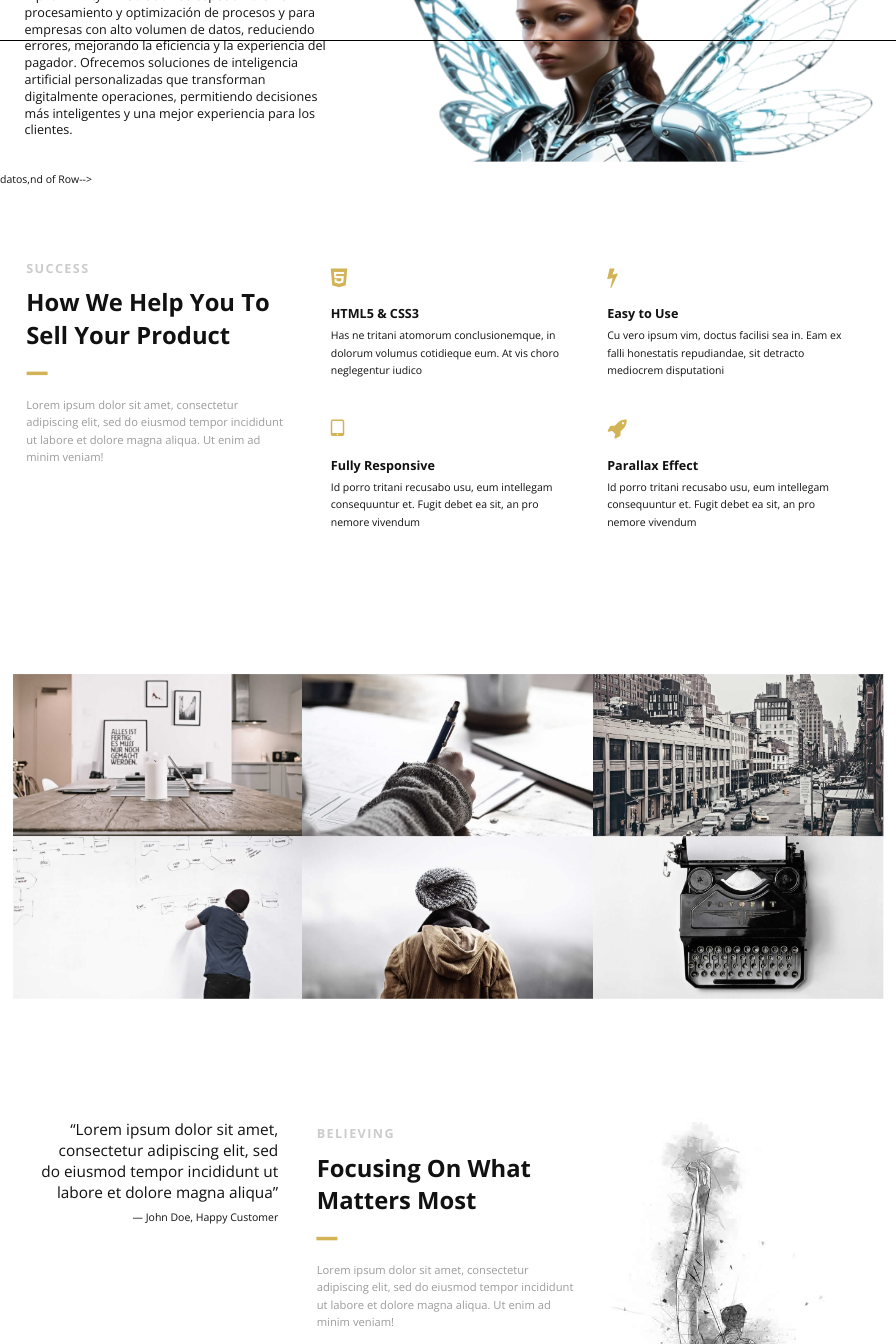
Repository: LukasMoyano/AlphaInfinityPresentationWepPage0.0.1a
Page: index.html
An editor plug-in stored every save of this project. The page is shown before and after the next save, followed by the edit.
The browser window is 1280 px wide. The pictures show the part of the page from y = 307 to 2227 px (the page is 5212 px tall before and 5192 px after), at 70% of full size.

Above is the page before, as saved 2024-05-16 18:30:39.

After the next save:
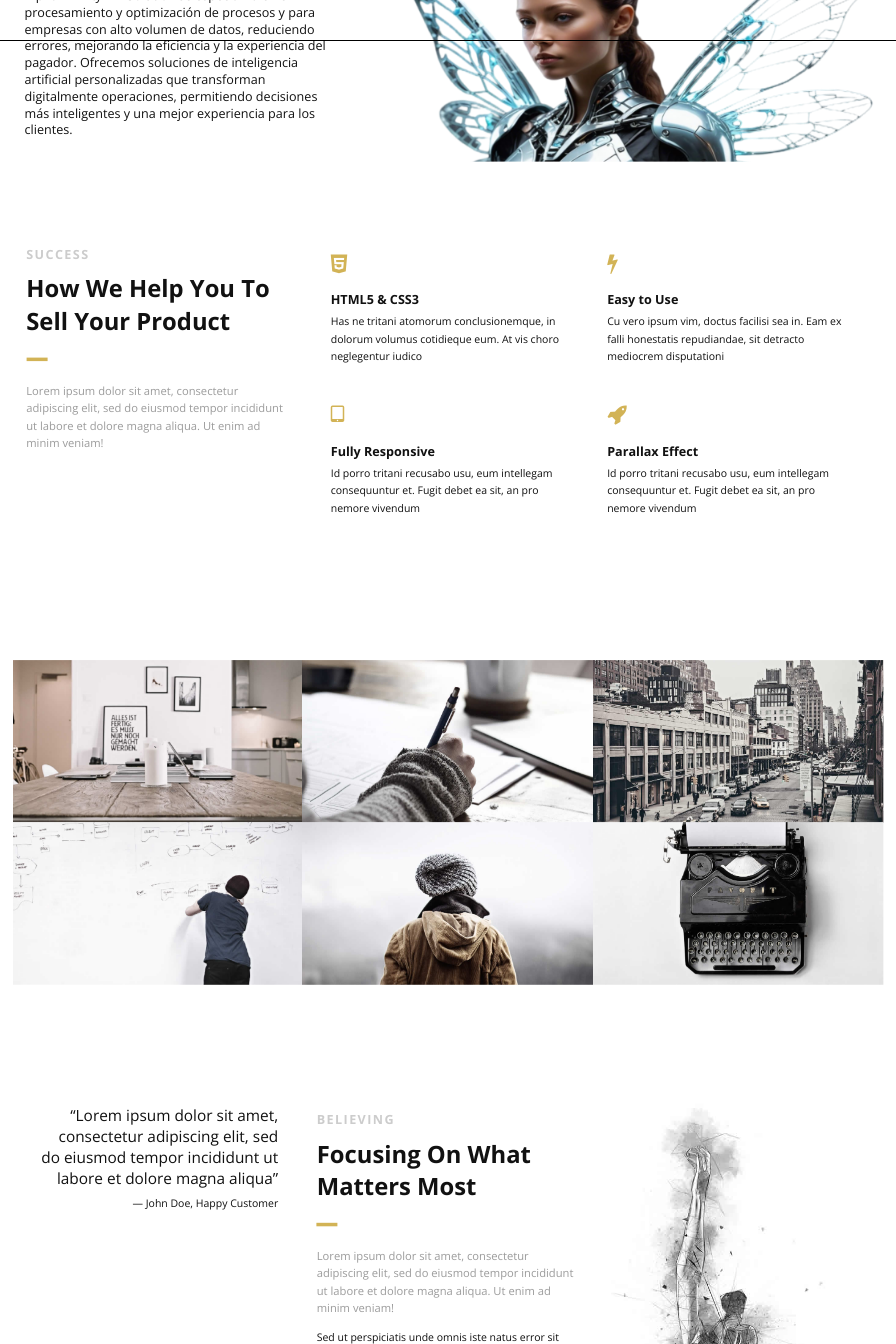
Saved 11 s later.
--- a/index.html
+++ b/index.html
@@ -147,7 +147,6 @@
                     <h2>Alpha Infinity - AI Solution se especializa en el procesamiento y optimización de procesos y para empresas con alto volumen de datos, reduciendo errores, mejorando la eficiencia y la experiencia del pagador. Ofrecemos soluciones de inteligencia artificial personalizadas que transforman digitalmente operaciones, permitiendo decisiones más inteligentes y una mejor experiencia para los clientes.</h2>
                 </div>
     </div>
- datos,nd of Row-->
     </header>
 
     <!--Main Content Area-->
